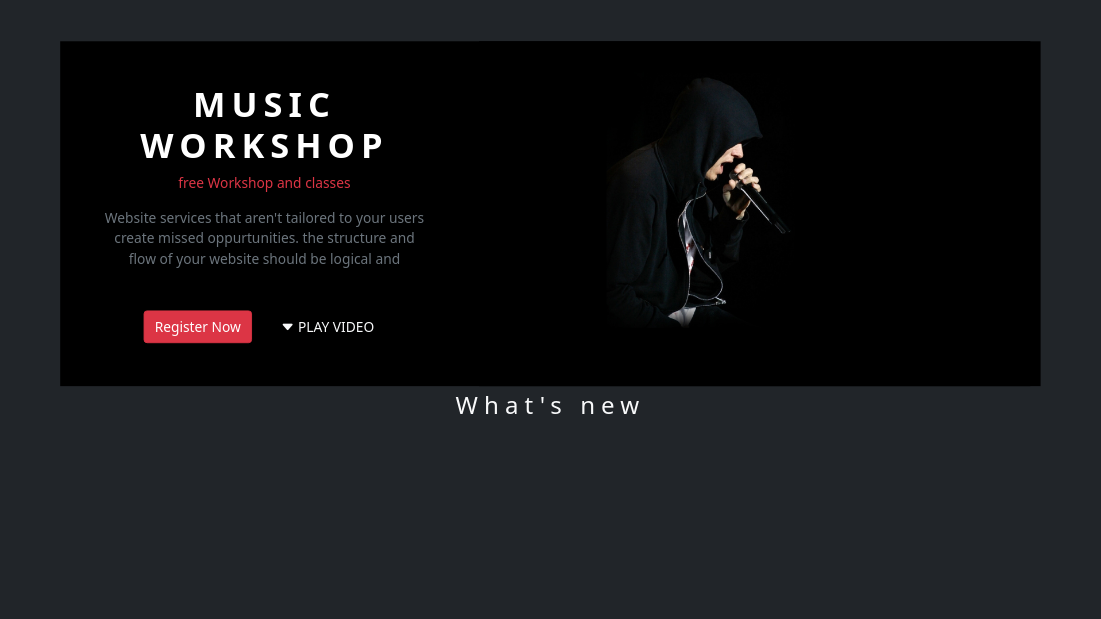
Repository: Eugene44-hub/music-workshop-site
Page: index.html
The author's editor kept a copy of each file at every save. The page is drawn from the files as they stood at one save, then again after the next save.
The browser window is 1280 px wide. The pictures show the whole page, at 86% of full size.
Some web libraries are served in a nearby version.

Above is the page before, as saved 2021-10-22 16:14:40.

### index.html
<!DOCTYPE html>
<html lang="en">

<head>
    <meta charset="UTF-8">
    <meta http-equiv="X-UA-Compatible" content="IE=edge">
    <meta name="viewport" content="width=device-width, initial-scale=1.0">
    <title>Document</title>
    <link rel="stylesheet" href="style.css">
    <!-- CSS only -->
    <link href="https://cdn.jsdelivr.net/npm/bootstrap@5.1.3/dist/css/bootstrap.min.css" rel="stylesheet" integrity="sha384-1BmE4kWBq78iYhFldvKuhfTAU6auU8tT94WrHftjDbrCEXSU1oBoqyl2QvZ6jIW3" crossorigin="anonymous">
    <link rel="stylesheet" href="https://cdn.jsdelivr.net/npm/bootstrap-icons@1.6.1/font/bootstrap-icons.css">
</head>

<body class="bg-dark p-5">
    <!-- registeration starts  -->
    <section id="registration">
        <div class="container">
            <div class="row text-white bg-black align-items-center" id="regImg">
                <div id="regText" class="col-lg-5 text-center p-5">
                    <h2 id="musicheader" class="text-uppercase fs-1"><strong>music workshop</strong> </h2>
                    <p class="text-danger"> free Workshop and classes</p>
                    <p class="text-secondary">Website services that aren't tailored to your users create missed oppurtunities. the structure and flow of your website should be logical and</p>
                    <div class="mt-5">
                        <button class="btn btn-danger mx-2">Register Now</button>
                        <button class="btn text-light mx-2"><i class="bi bi-caret-down-fill"></i> PLAY VIDEO</button>
                    </div>
                </div>
                <div class="col-md"> <img src="images/eminem.jpg" alt="" class="img-fluid"></div>

            </div>
        </div>
    </section>
    <!-- registeration ends  -->

    <!-- whats new starts -->
    <section>
        <div id="new" class='text-center text-light fs-3'>What's new</div>

    </section>
    <!-- whats new ends -->
</body>
<!-- JavaScript Bundle with Popper -->
<script src="https://cdn.jsdelivr.net/npm/bootstrap@5.1.3/dist/js/bootstrap.bundle.min.js" integrity="sha384-ka7Sk0Gln4gmtz2MlQnikT1wXgYsOg+OMhuP+IlRH9sENBO0LRn5q+8nbTov4+1p" crossorigin="anonymous"></script>

</html>

### style.css
#musicheader,
#new {
    letter-spacing: 7px
}


/* #regImg {
    background-image: url('images/eminem.jpg');
    background-repeat: no-repeat;
    background-position-x: left;
    background-position-y: top;
    background-size: auto;
    background-size: cover;
} */

After the next save:
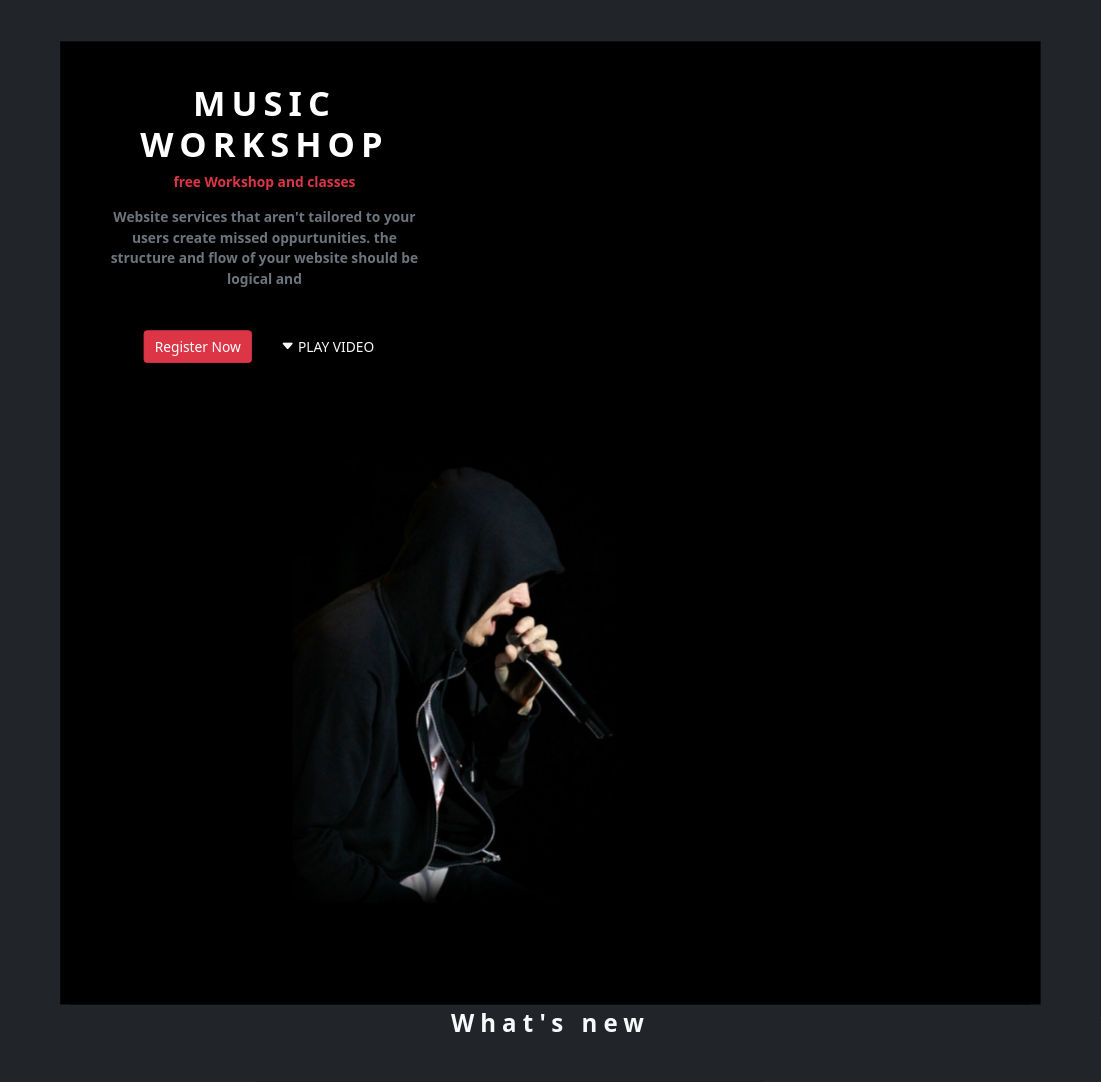
Saved 11 s later.
--- a/index.html
+++ b/index.html
@@ -18,7 +18,7 @@
         <div class="container">
             <div class="row text-white bg-black align-items-center" id="regImg">
                 <div id="regText" class="col-lg-5 text-center p-5">
-                    <h2 id="musicheader" class="text-uppercase fs-1"><strong>music workshop</strong> </h2>
+                    <h2 id="musicheader" class="text-uppercase fs-1"><strong>music workshop </h2>
                     <p class="text-danger"> free Workshop and classes</p>
                     <p class="text-secondary">Website services that aren't tailored to your users create missed oppurtunities. the structure and flow of your website should be logical and</p>
                     <div class="mt-5">

After the 2 saves that followed:
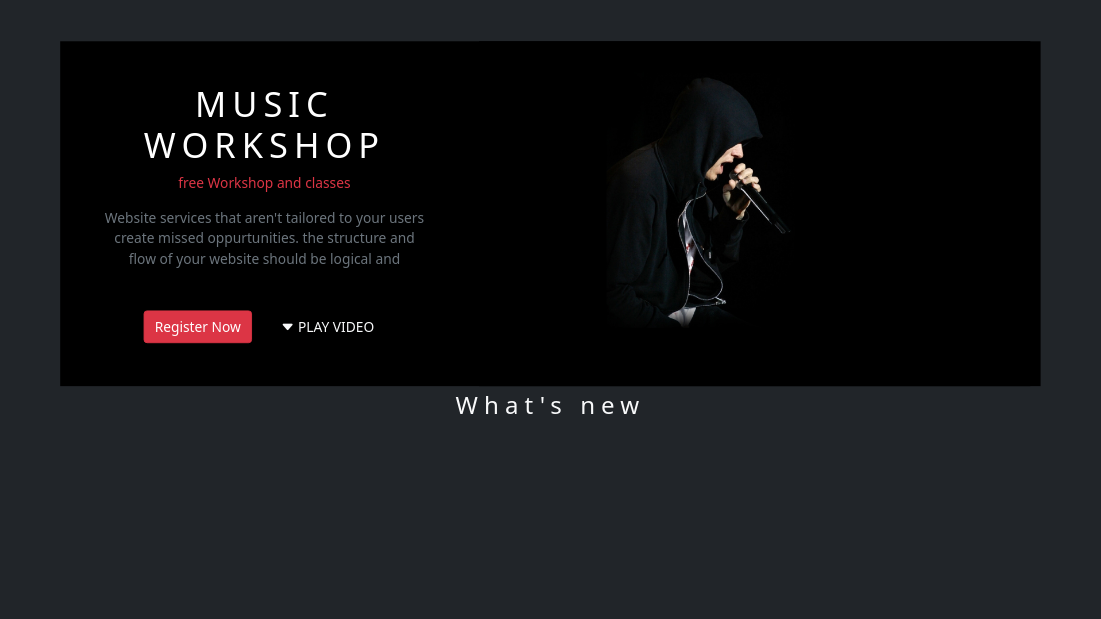
The 2 saves are shown as one change because they came seconds apart.
The last was saved 9 s later.
--- a/index.html
+++ b/index.html
@@ -18,7 +18,8 @@
         <div class="container">
             <div class="row text-white bg-black align-items-center" id="regImg">
                 <div id="regText" class="col-lg-5 text-center p-5">
-                    <h2 id="musicheader" class="text-uppercase fs-1"><strong>music workshop </h2>
+                    <h2 id="musicheader" class="text-uppercase fs-1">
+                        music workshop </h2>
                     <p class="text-danger"> free Workshop and classes</p>
                     <p class="text-secondary">Website services that aren't tailored to your users create missed oppurtunities. the structure and flow of your website should be logical and</p>
                     <div class="mt-5">
